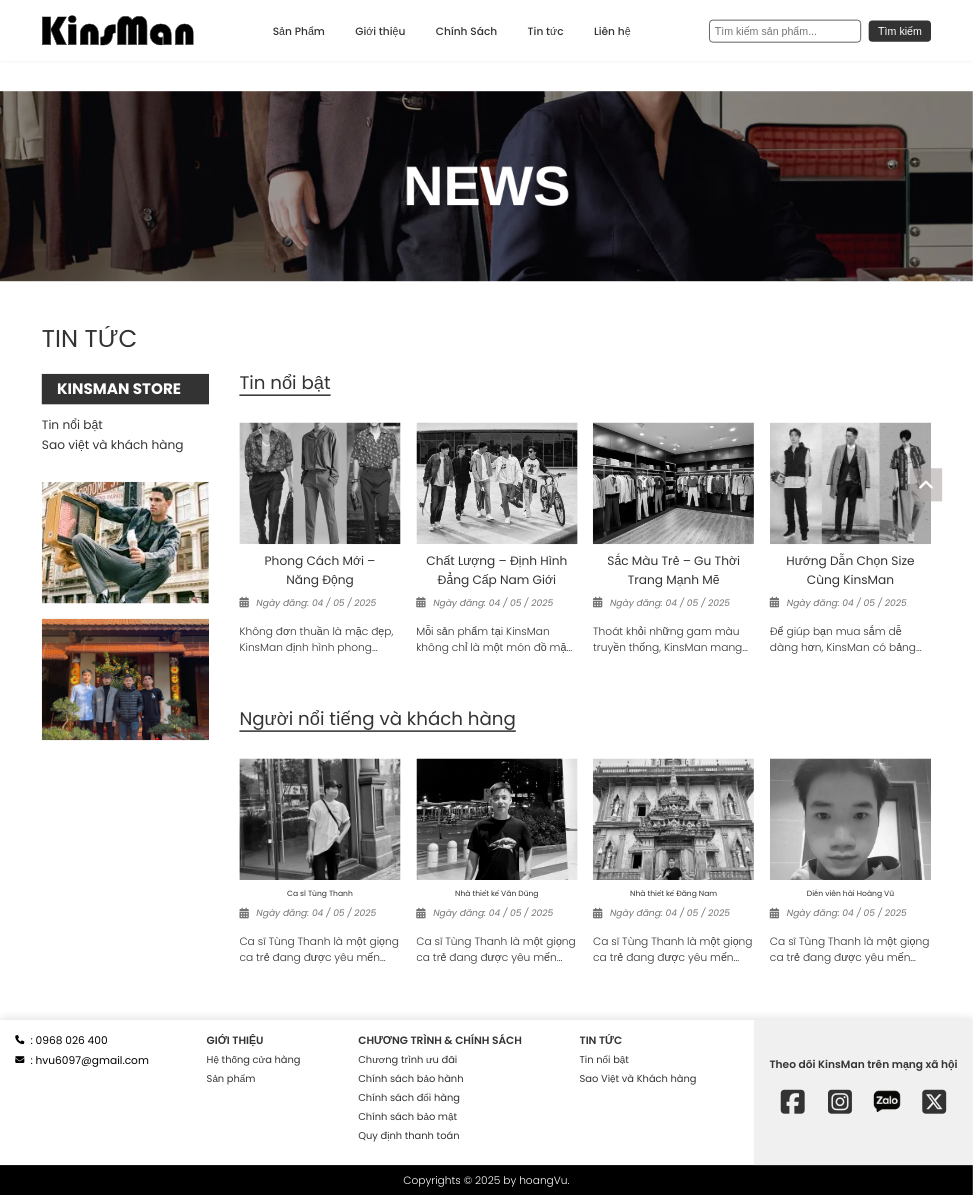
Repository: hoang28092000/kinsmanClothes
Page: category/news.html
The author's editor kept a copy of each file at every save. The page is drawn from the files as they stood at one save, then again after a run of saves.
The browser window is 1280 px wide. The pictures show the whole page, at 76% of full size.

Above is the page before, as saved 2025-05-08 15:05:40.
Console error: TypeError: Cannot read properties of null (reading 'addEventListener')

After the next 2 saves:
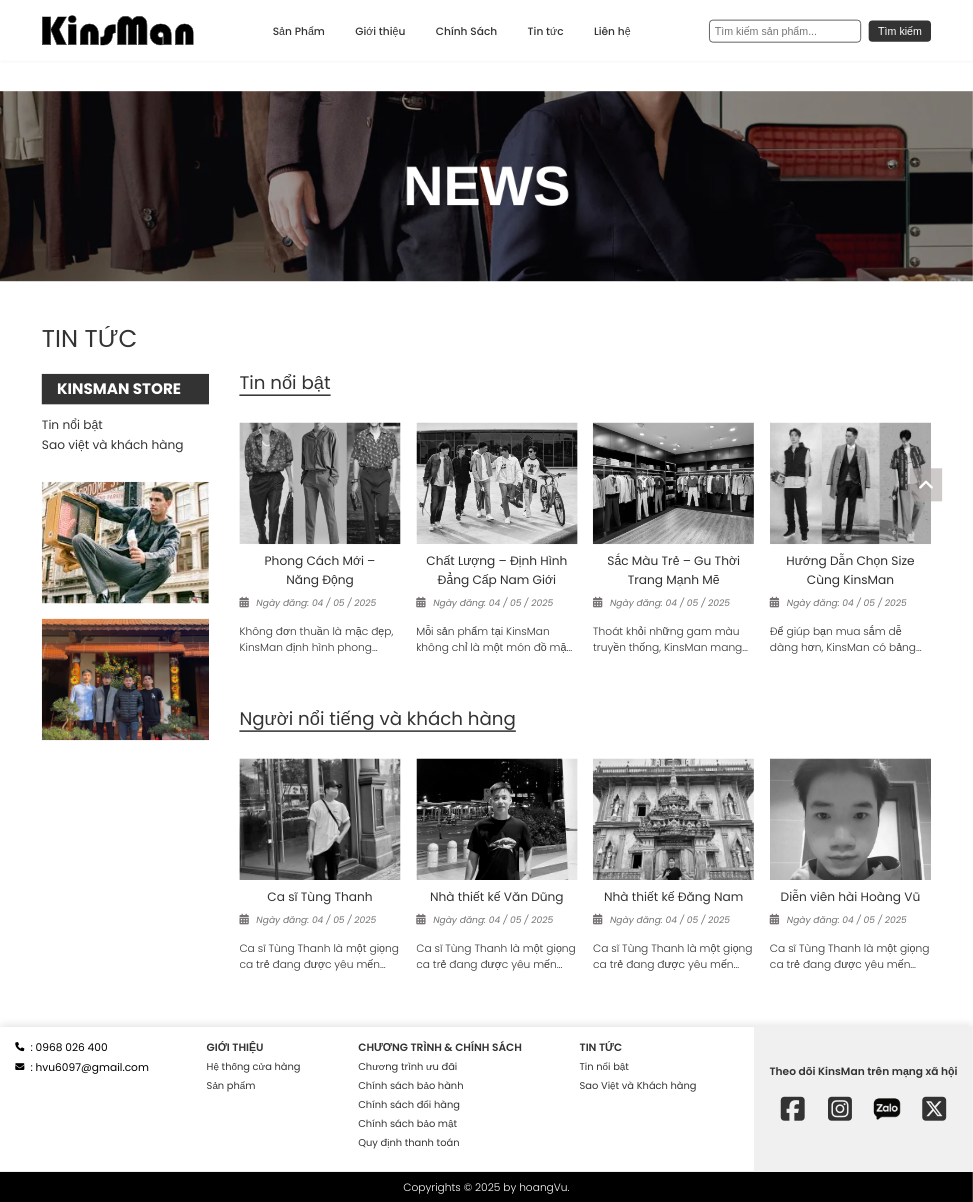
The 2 saves are shown as one change because they came seconds apart.
The last was saved 10 s later.
--- a/css/product.css
+++ b/css/product.css
@@ -290,12 +290,10 @@
   text-align: center;
   padding: 10px;
   line-height: 1.57;
-}
-.name-news a {
-  font-size: 1.6rem;
-  color: #333;
-  text-decoration: none;
-}
+  font-size: 1.6rem;
+  color: #333;
+}
+
 
 .time-up {
   display: flex;
